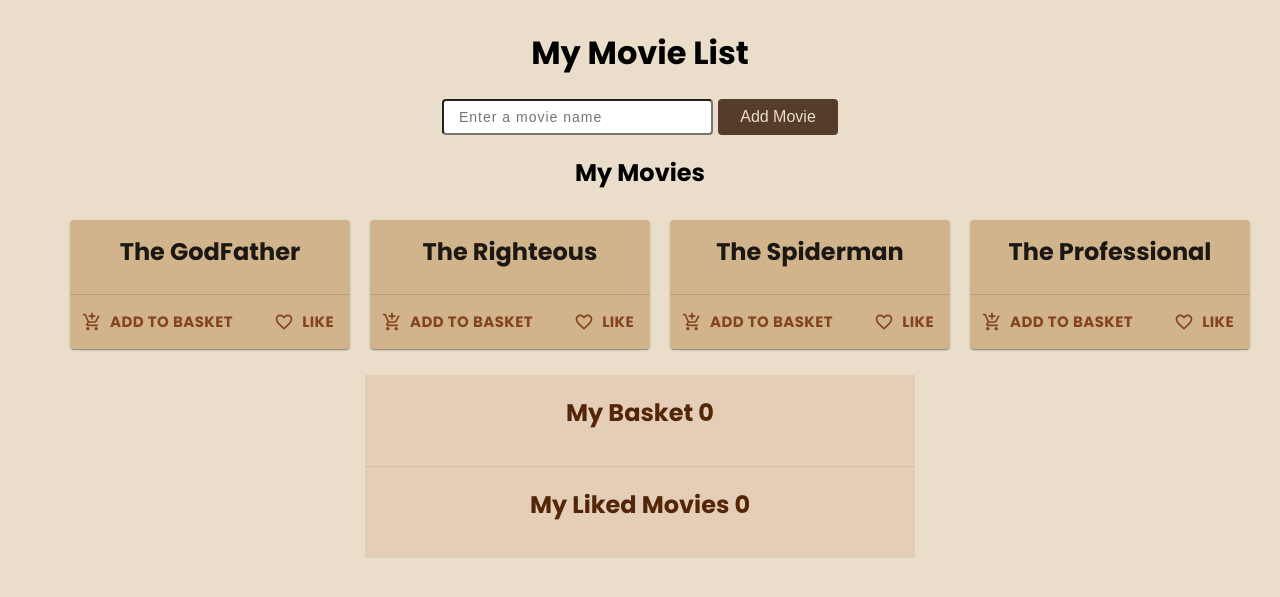
Repository: sinchana-p-iVoyant/redux-movie-store
Page: /
The author's editor kept a copy of each file at every save. The page is drawn from the files as they stood at one save, then again after a run of saves.
The browser window is 1280 px wide. The pictures show the whole page.
The project was rebuilt for these pictures with package versions that can differ from the ones it lists, and the page was loaded fresh each time. Also part of the build but not shown: vite.config.ts.

Above is the page before, as saved 2024-02-15 13:23:17.

After the next 3 saves:
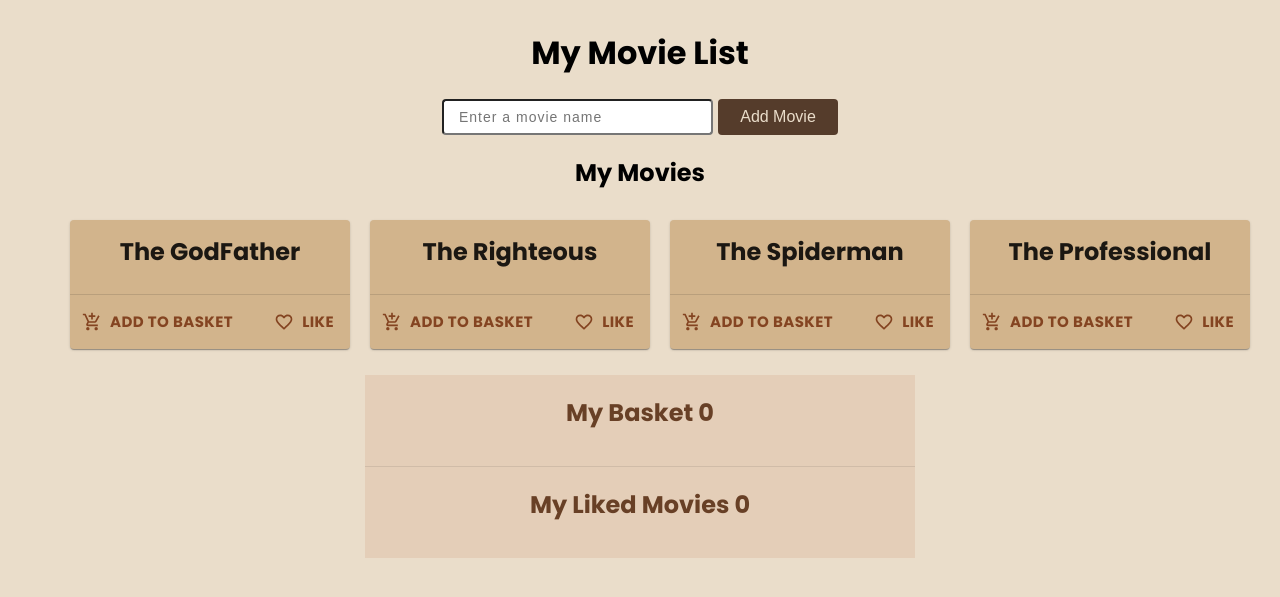
The 3 saves are shown as one change because they came seconds apart.
The last was saved 10 s later.
--- a/src/App.css
+++ b/src/App.css
@@ -86,7 +86,7 @@ input {
 }
 
 .basket-container>h2, .liked-container>h2 {
-  color: rgb(83, 38, 7);
+  color: rgb(104, 64, 38);
 }
 
 .basket-container {
